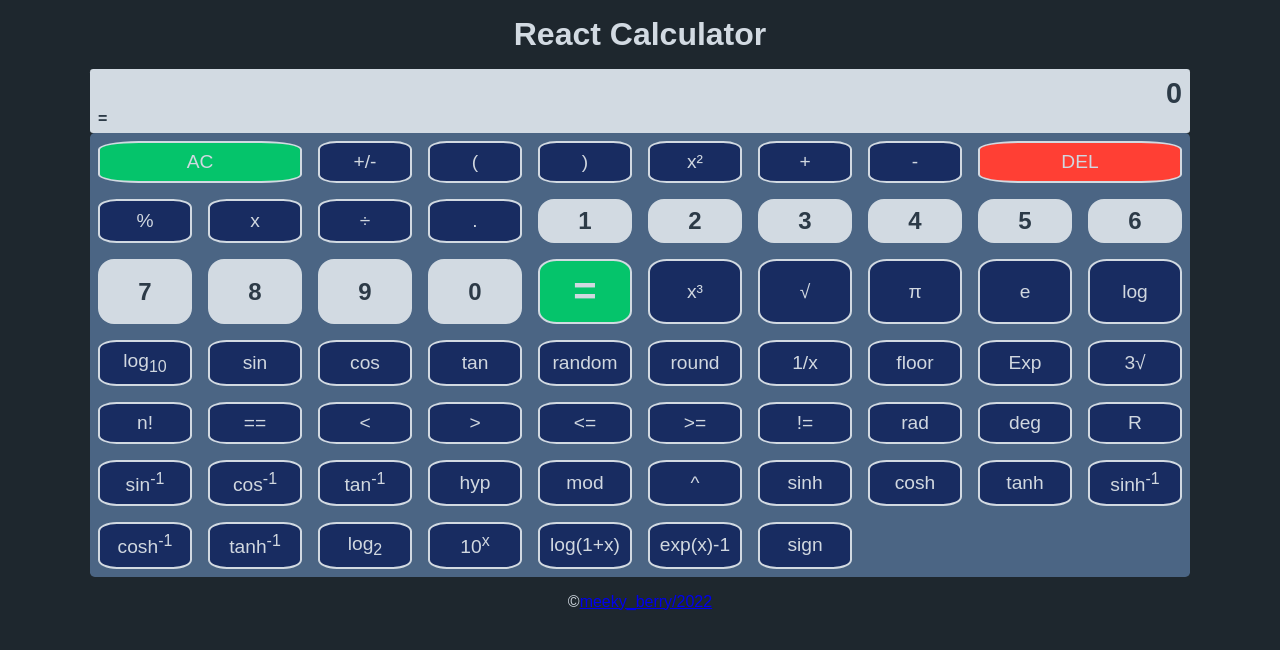
Repository: MikkyPrestige/calculator
Page: /
An editor plug-in stored every save of this project. The page is shown before and after the next save, followed by the edit.
The browser window is 1280 px wide. The pictures show the whole page.
The project was rebuilt for these pictures with package versions that can differ from the ones it lists, and the page was loaded fresh each time.

Above is the page before, as saved 2022-11-17 21:43:15.

After the next save:
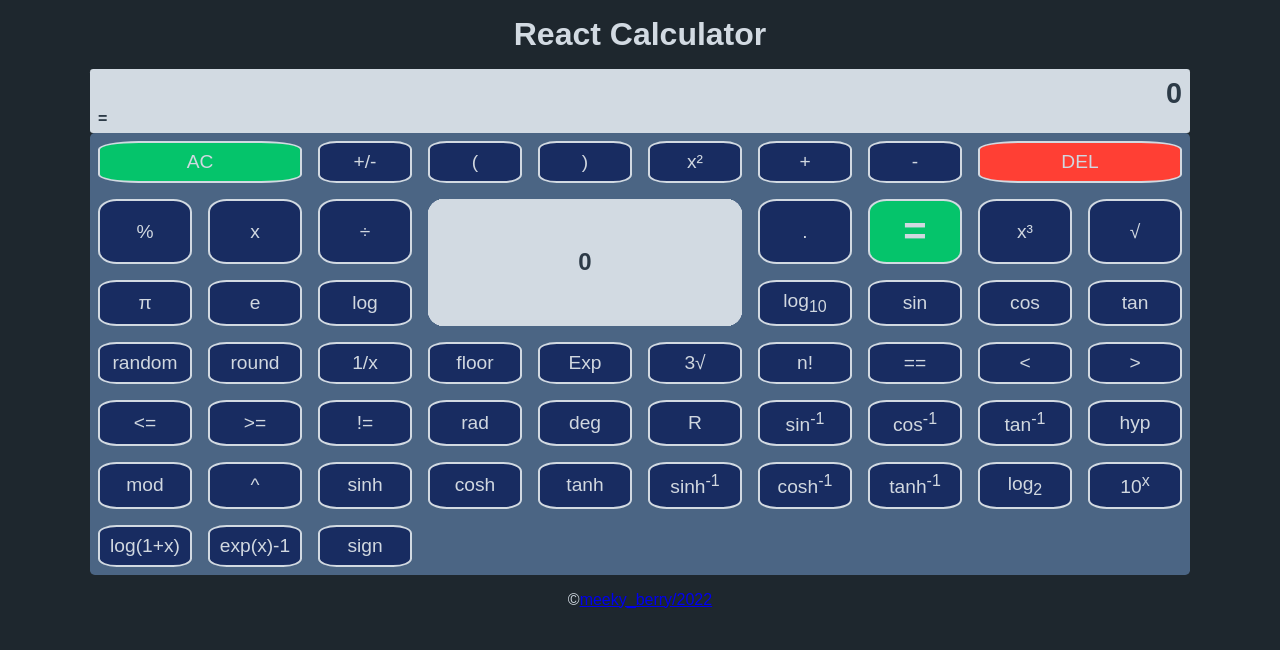
Saved 34 s later.
--- a/src/index.css
+++ b/src/index.css
@@ -90,8 +90,8 @@ body {
   border-radius: 1rem;
   text-align: center;
   padding: .5rem;
-  /* grid-column: 4 /7; */
-  /* grid-row: 5; */
+  grid-column: 4 /7;
+  grid-row: 2 / 4;
 }
 
 .digit:hover {
